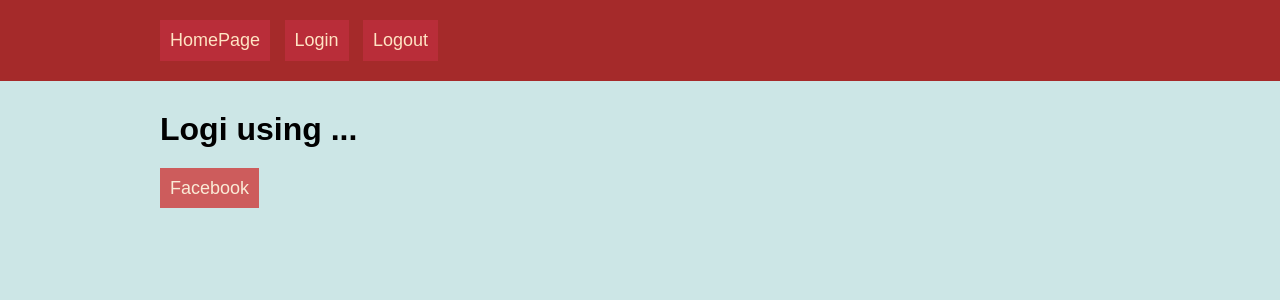
Repository: RISBandara/Oauth2-Assignment2
Page: http://localhost/auth/login
The author's editor kept a copy of each file at every save. The page is drawn from the files as they stood at one save, then again after the next save.
The browser window is 1280 px wide. The pictures show the whole page.
The page is served by the project's Node server (app.js). Other server files are loaded and not shown.

Above is the page before, as saved 2019-09-11 15:14:15.

### Oauth/views/login.ejs
<!DOCTYPE html>
<html>
    <head>
        <meta charset="utf-8">
        <title>login</title>
        <style>
                body{
                    font-family: Arial, Helvetica, sans-serif;
                    margin: 0;
                    background-color: rgb(204, 230, 230);
                }
                nav{
                    background-color: brown;
                    padding: 20px 10px;
                }

                nav ul{
                max-width: 960px;
                margin: 0 auto;
                padding: 0;
                }
                nav li{
                    list-style-type: none ;
                    display: inline-block;
                    margin: 0 10px 0 0;
                }
                nav a{
                    display: block;
                    padding: 10px;
                    font-size: 18px;
                    color: bisque;
                    background: rgb(185, 45, 57);
                    text-decoration: none;
                }

               .google-btn{
                    font-size: 18px;
                    padding: 10px;
                    text-decoration: none;
                    background-color: indianred;
                    color: antiquewhite;
                }
                main ,header{
                    max-width: 960px;
                    margin: 30px auto;
                    padding: 0 10px;
                    color: black;
                }

             </style>
    </head>
    <body>
            <nav>
                    <ul>
                        <li><a href="/">HomePage</a></li>
                        <li><a href="/auth/login">Login</a></li>
                        <li><a href="/auth/logout">Logout</a></li>
                    </ul>
                </nav>
                <header>
                    <h1>Logi using ...</h1>

                </header>
                <main>
                    <a class="google-btn" href="/auth/google">Facebook</a>
                </main>
    </body>
</html>

### Oauth/app.js
const express = require('express');
const auth = require('./routes/auth-routes');
const passportConfig  = require('./config/passport-config')

const app = express();

//set view engine
app.set('view engine','ejs');

//route google
app.use('/auth',auth);

//create route
app.get('/',(req,res) =>{

    res.render('home.ejs');
});

//port
app.listen(3000,()=>{
    console.log('started in 3000');
})

### Oauth/routes/auth-routes.js
const router = require('express').Router();
const passport = require('passport');

//auth login
router.get('/login',(req,res)=>{

    res.render('login');
})

//auth with google
router.get('/facebook',passport.authenticate('facebook',{
    scope:'public_profile'
}));

router.get('/logout',(req,res)=>{
    res.send('logout');
})

router.get('/facebook/callback',passport.authenticate('facebook'),(req,res)=>{
    res.send('reached callback');
})
module.exports = router;

After the next save:
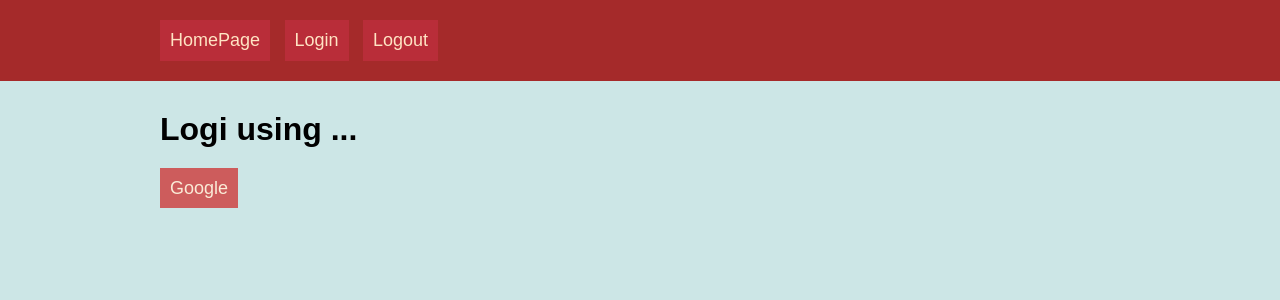
Saved 25 s later.
--- a/Oauth/views/login.ejs
+++ b/Oauth/views/login.ejs
@@ -62,7 +62,7 @@
 
                 </header>
                 <main>
-                    <a class="google-btn" href="/auth/google">Facebook</a>
+                    <a class="google-btn" href="/auth/google">Google</a>
                 </main>
     </body>
 </html>
